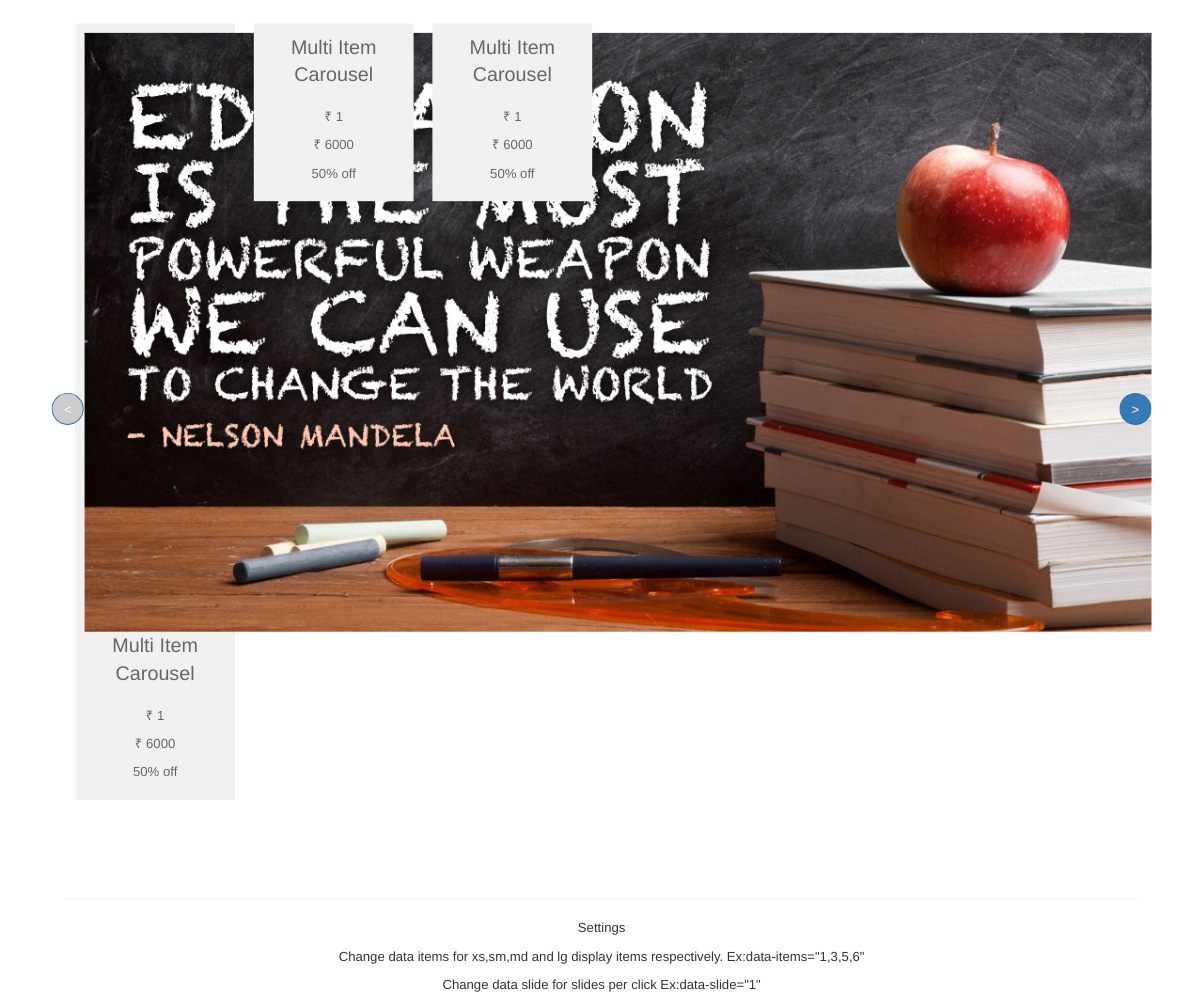
Repository: isranivishal/TsecCodestorm
Page: slider.html
The author's editor kept a copy of each file at every save. The page is drawn from the files as they stood at one save, then again after the next save.
The browser window is 1280 px wide. The pictures show the whole page, at 94% of full size.
Some web libraries are served in a nearby version.

Above is the page before, as saved 2018-09-21 17:16:10.

After the next save:
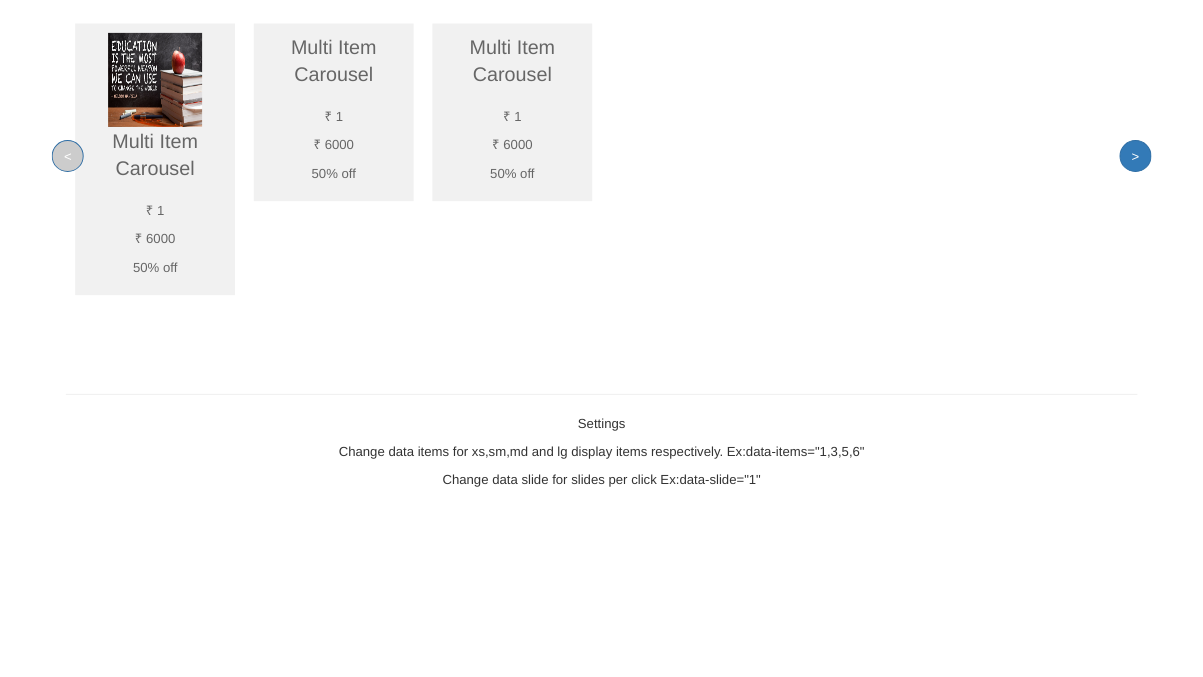
Saved 51 s later.
--- a/slider.html
+++ b/slider.html
@@ -141,7 +141,7 @@
                             <div class="MultiCarousel-inner">
                                 <div class="item">
                                     <div class="pad15">
-                                    <img src="education.jpg"></img>
+                                    <img src="education.jpg" style="width:100px; height: 100px"></img>
                                         <p class="lead">Multi Item Carousel</p>
                                         <p>₹ 1</p>
                                         <p>₹ 6000</p>
